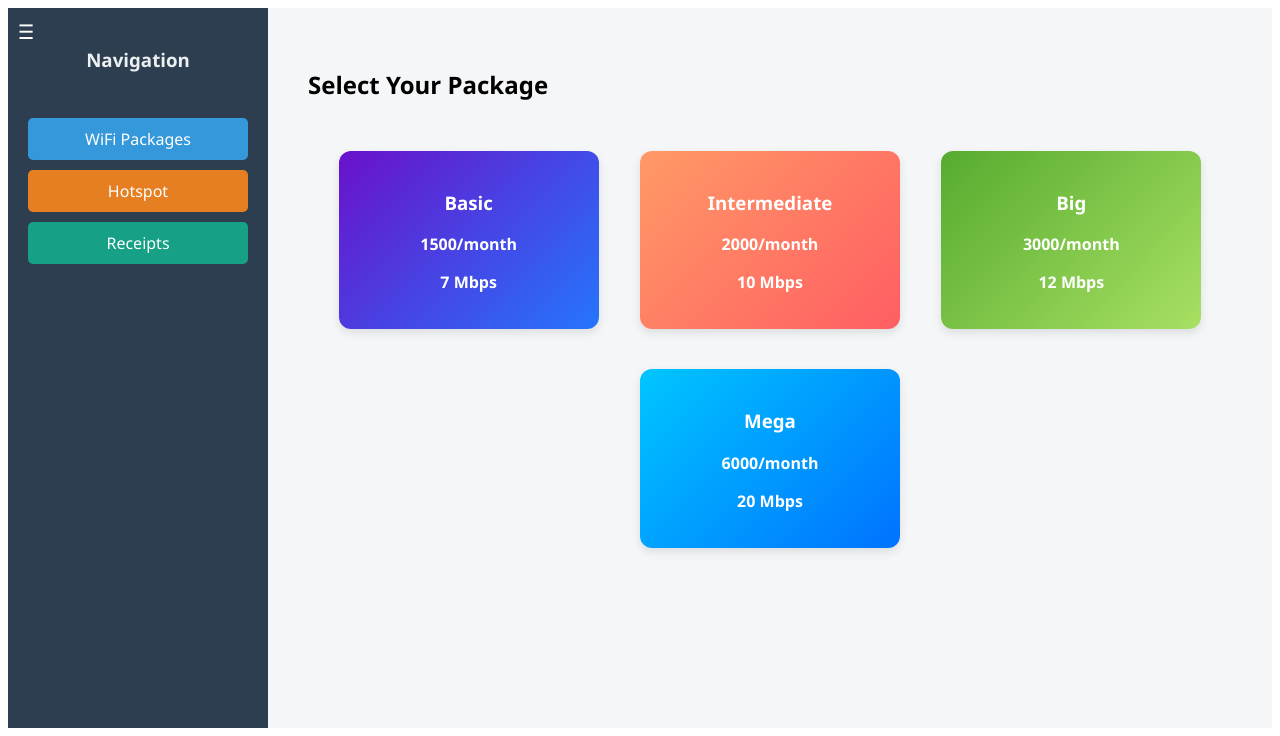
Repository: rachel648/system_Bill
Page: /packages (app in client/)
An editor plug-in stored every save of this project. The page is shown before and after the next save, followed by the edit.
The browser window is 1280 px wide. The pictures show the whole page.
The project was rebuilt for these pictures with package versions that can differ from the ones it lists, and the page was loaded fresh each time. Also part of the build but not shown: client/src/components/ServiceForm.js, client/src/Hotspot.css, client/src/Hotspot.js, client/src/admin.js. Imported but missing from the stored project, and not drawn on this page: client/src/Receipts.

Above is the page before, as saved 2025-05-12 10:01:36.

After the next save:
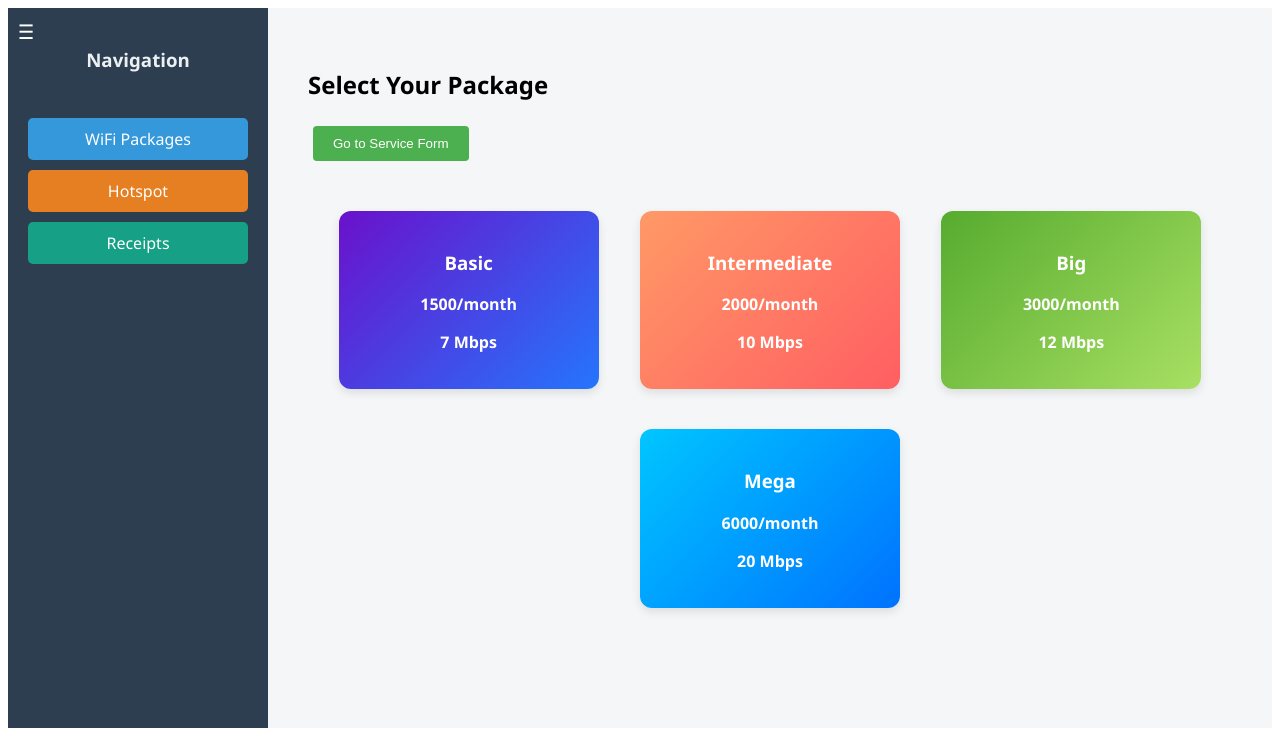
Saved 88 s later.
--- a/client/src/Packages.js
+++ b/client/src/Packages.js
@@ -1,42 +1,48 @@
 import React, { useState } from 'react';
-import './Packages.css'; // Make sure to have the CSS file
+import { useNavigate } from 'react-router-dom'; // <-- for navigation
+import './Packages.css';
 
 const Packages = () => {
-  const [isModalOpen, setIsModalOpen] = useState(false);  // Modal visibility
-  const [selectedPackage, setSelectedPackage] = useState(null);  // Selected package
-  const [phoneNumber, setPhoneNumber] = useState('');  // User's phone number
+  const [isModalOpen, setIsModalOpen] = useState(false);
+  const [selectedPackage, setSelectedPackage] = useState(null);
+  const [phoneNumber, setPhoneNumber] = useState('');
+  const navigate = useNavigate(); // <-- Initialize navigate
 
   const handleCardClick = (pkg) => {
-    setSelectedPackage(pkg);  // Set the selected package
-    setIsModalOpen(true);  // Open the modal
+    setSelectedPackage(pkg);
+    setIsModalOpen(true);
   };
 
   const handlePayment = async () => {
-    // Data to send to the backend
     const paymentData = {
       phone: phoneNumber,
-      amount: selectedPackage === 'Basic' ? '$1500' : selectedPackage === 'Intermediate' ? '$2000' : selectedPackage === 'Big' ? '$3000' : '$6000',
-      package: selectedPackage
+      amount:
+        selectedPackage === 'Basic'
+          ? '$1500'
+          : selectedPackage === 'Intermediate'
+          ? '$2000'
+          : selectedPackage === 'Big'
+          ? '$3000'
+          : '$6000',
+      package: selectedPackage,
     };
 
     try {
-      // Sending a POST request to your backend payment API
       const response = await fetch('http://localhost:5000/api/payment', {
         method: 'POST',
         headers: {
-          'Content-Type': 'application/json'
+          'Content-Type': 'application/json',
         },
-        body: JSON.stringify(paymentData)
+        body: JSON.stringify(paymentData),
       });
 
       if (response.ok) {
-        const responseData = await response.json();  // Get the response data
+        const responseData = await response.json();
         if (responseData.client_secret) {
-          // Handle the client_secret
-          alert(`Payment request for ${selectedPackage} sent to phone number: ${phoneNumber}. Client Secret: ${responseData.client_secret}`);
+          alert(
+            `Payment request for ${selectedPackage} sent to phone number: ${phoneNumber}. Client Secret: ${responseData.client_secret}`
+          );
 
-          // Use client_secret to confirm the payment via a payment gateway (e.g., Stripe)
-          // Example placeholder, replace with your payment gateway code
           const paymentResult = await confirmPayment(responseData.client_secret);
 
           if (paymentResult.success) {
@@ -53,18 +59,25 @@ const Packages = () => {
       alert('An error occurred. Please try again later.');
     }
 
-    setIsModalOpen(false);  // Close the modal after payment attempt
+    setIsModalOpen(false);
   };
 
-  // Placeholder for the actual payment confirmation with a payment gateway like Stripe
   const confirmPayment = async (clientSecret) => {
-    // Example: Replace with actual code to confirm payment using the client secret
-    return { success: true };  // Simulate a successful payment
+    return { success: true };
   };
 
   return (
     <div className="container">
       <h2 className="heading">Select Your Package</h2>
+
+      {/* New button to navigate to Service Form */}
+      <button
+        onClick={() => navigate('/service')}
+        className="service-form-button"
+        style={{ marginBottom: '20px', padding: '10px 20px' }}
+      >
+        Go to Service Form
+      </button>
 
       <div className="card-container">
         <div className="card basic-card" onClick={() => handleCardClick('Basic')}>
